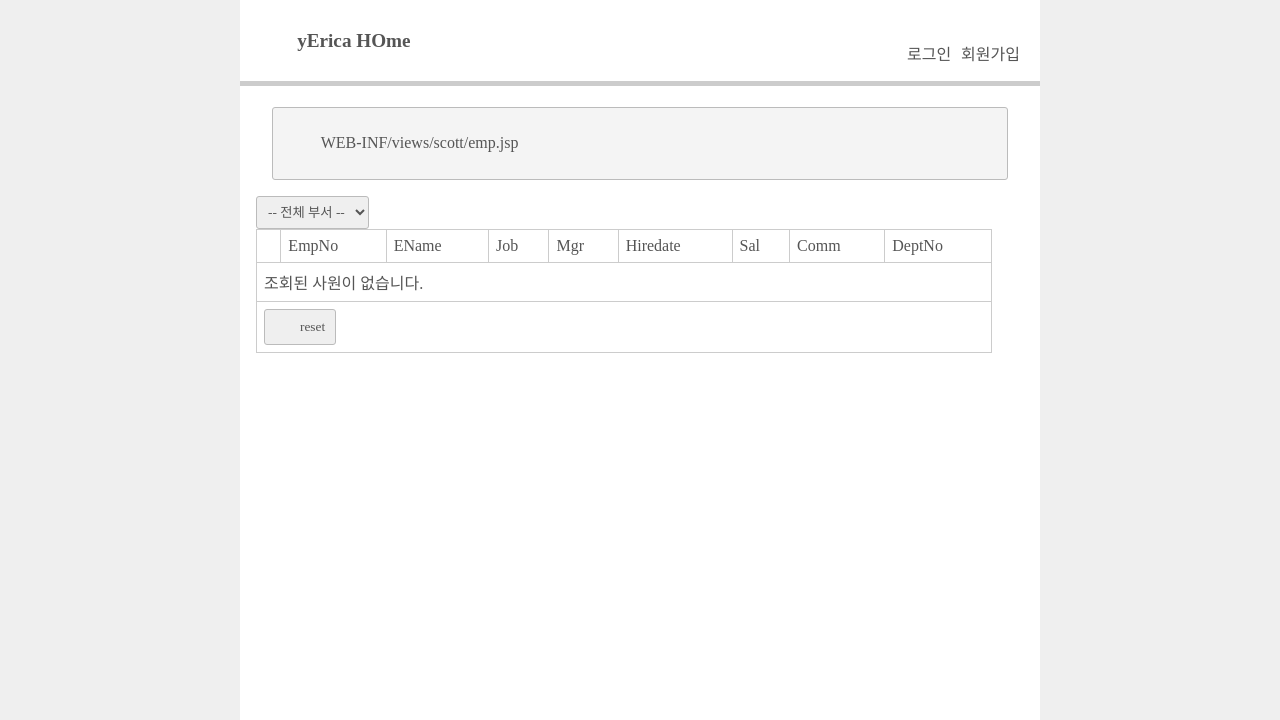
Repository: Yeji-Kim-Erica/SpringClass
Page: http://localhost/SL01_MVC_TEST/WEB-INF/views/scott/empdept.jsp
The author's editor kept a copy of each file at every save. The page is drawn from the files as they stood at one save, then again after the next save.
The browser window is 1280 px wide. The pictures show the whole page.
Some web fonts or font styles are not loaded; a fallback is used. The page is served by Tomcat 9. Nobody is signed in. Other server files are loaded and not shown. The template is opened directly, without the code that normally fills it, so the values that code supplies are empty.

Above is the page before, as saved 2025-07-01 00:44:17.

### SL01_MVC_TEST/src/main/webapp/WEB-INF/views/scott/empdept.jsp
<%@ page contentType="text/html; charset=UTF-8" pageEncoding="UTF-8"%>
<%@ page trimDirectiveWhitespaces="true" %>
<%@ taglib prefix="c" uri="http://java.sun.com/jsp/jstl/core" %>
<!DOCTYPE html>
<html>
<head>
<meta charset="UTF-8">
<meta name="viewport" content="width=device-width, initial-scale=1.0">
<link rel="shortcut icon" type="image/x-icon" href="/images/SiSt.ico">
<title>EMP (2025. 6. 30. 오후 4:09:01)</title>
<link rel="stylesheet" href="/resources/cdn-main/example.css">
<script src="https://ajax.googleapis.com/ajax/libs/jquery/3.7.1/jquery.min.js"></script>
<script src="/resources/cdn-main/example.js"></script>
<style>
 span.material-symbols-outlined{
    vertical-align: text-bottom;
 }
</style>
</head>
<body>
<header>
  <h1 class="main"><a href="#" style="position: absolute;top:30px;">yErica HOme</a></h1>
  <ul>
    <li><a href="#">로그인</a></li>
    <li><a href="#">회원가입</a></li>
  </ul>
</header>
<div>
  <xmp class="code">
        WEB-INF/views/scott/emp.jsp
  </xmp>

  <form action="/scott/empdept" method="get">
  <select id="deptno" name="deptno">
  	<option value="">-- 전체 부서 --</option>
	<c:forEach var="dept" items="${deptList}">
      <option value="${dept.deptno}" <c:if test="${param.deptno == dept.deptno}">selected</c:if>>
      	${dept.dname} (${dept.deptno})
      </option>
    </c:forEach>
  </select>
  </form>

	  <table id="tbl-emp">
	  <caption></caption>
	  	<thead>
	  		<tr>
	  			<td></td>
	  			<td>EmpNo</td>
	  			<td>EName</td>
	  			<td>Job</td>
	  			<td>Mgr</td>
	  			<td>Hiredate</td>
	  			<td>Sal</td>
	  			<td>Comm</td>
	  			<td>DeptNo</td>
	  		</tr>
	  	</thead>
	  	<tbody>
            <c:if test="${empty empList}">
                <tr>
                    <td colspan="9">조회된 사원이 없습니다.</td>
                </tr>
            </c:if>
	  		<c:forEach items="${empList}" var="dto">
	  			<tr>
		  			<td><input type="checkbox" value="${ dto.empno }" name="empno"></td>
		  			<td>${dto.empno}</td>
		  			<td>${dto.ename}</td>
		  			<td>${dto.job}</td>
		  			<td>${dto.mgr}</td>
		  			<td>${dto.hiredate}</td>
		  			<td>${dto.sal}</td>
		  			<td>${dto.comm}</td>
		  			<td>${dto.deptno}</td>
	  			</tr>
	  		</c:forEach>
	  	</tbody>
	  	<tfoot>
	      <tr>
	        <td colspan="9">
	          <button id="reset" class="reset">reset</button>
	        </td>
	      </tr>
	  	</tfoot>
	  </table>

</div>

<script>
	$(function() {
		$("#deptno").on("change", function() {
			$("form").submit();
		})
	}); // document.ready() 닫기

</script>

</body>
</html>

### SL01_MVC_TEST/src/main/webapp/resources/cdn-main/example.css
@charset "UTF-8";

@import url('https://fonts.googleapis.com/css2?family=Material+Symbols+Outlined:opsz,wght,FILL,GRAD@20..48,100..700,0..1,-50..200');

@font-face {
    font-family: 'GmarketSansMedium';
    src: url('https://cdn.jsdelivr.net/gh/projectnoonnu/noonfonts_2001@1.1/GmarketSansMedium.woff') format('woff');
    font-weight: normal;
    font-style: normal;
}

:root {
	--text-color: #555;
	--sub-text-color: #777;
	--back-color: #EFEFEF;
	--header-color: #444;
	--primary-color: #DEDEDE;
	--secondary-color: #EFEFEF;
	--default-width: 800px;
	--narrow-width: 500px;
	--wide-width: 1200px;
	--text-font: 'GmarketSansMedium';
	--icon-font: 'Material Symbols Outlined';
	--border-color: #CCC;
}

html, body {
	margin: 0;
	padding: 0;
}

html {
	background-color: var(--back-color);
	display: flex;
	justify-content: center;
	min-height: 100vh;
}

body, body.default {
	width: var(--default-width);
	background-color: white;
	padding-bottom: 120px;
}

body.wide {
	width: var(--wide-width);
}

body.narrow {
	width: var(--narrow-width);
}



body, p, div, span, a, input, select, option, textarea, button, table, th, td, label, fieldset, legend {
	font-family: var(--text-font);
	color: var(--text-color);
}

h1, h2, h3 {
	font-family: var(--text-font);
	color: var(--header-color);
	padding: 0 1rem;
	padding-top: .5rem;
}

div > h1, div > h2, div > h3 {
	padding: 0;
}

body > div, body > main > div {
	padding: 0.3rem 1rem;
}


h1 { font-size: 2rem; border-bottom: 1px solid var(--border-color); }
h1 small { font-size: 1.2rem; color: var(--sub-text-color); }
h2 { font-size: 1.5rem; border-bottom: 1px dashed var(--border-color); }
h2 small { font-size: 1.1rem; color: --sub-text-color; }
h3 { font-size: 1.2rem; }
h3 small { font-size: 1rem; color: --sub-text-color; }



h1.main::before {
	font-family: var(--icon-font);
  	content: '\e666';
  	margin-right: 10px;
  	float: left;
	font-size: 2.5rem;
}

h1.sub::before {
	font-family: var(--icon-font);
  	content: '\ea19';
  	margin-right: 10px;
  	float: left;
	font-size: 2.5rem;
}


h1.page::before {
	font-family: var(--icon-font);
  	content: '\e0e0';
  	margin-right: 10px;
  	float: left;
	font-size: 2.5rem;
}

body > header > ul > li > .active{
	background-color: #FFF;
	color:#F00;
}

body > header {
	display: flex;
	justify-content: space-between;
	border-bottom: 5px solid var(--border-color);
	min-height: 74px;
	background-color: #FFF;
}

body > header.sticky {
	position: sticky;
	top: 0;
	z-index: 98;
}

body > header > h1 {
	font-size: 1.2rem;
	border: 0;
}

body > header.in > h1::before {
	font-family: var(--icon-font);
  	content: '\e332‥';
  	margin-right: 3px;
  	float: left;
	font-size: 2rem;
}


body > header > ul {
	list-style-type: none;
	display: flex;
	align-items: flex-end;
	margin-right: 10px;
}

body > header > ul > li {
	margin-right: 10px;
	cursor: pointer;
}

body > header > ul > li > a {
	cursor: pointer;
}


form {
	display: block;
}

form > div {
	padding: 0.3rem 1rem;
}

div > form > div {
	padding: 0.3rem 0;
}

input, textarea, button, select {
	border: 1px solid #BBB;
	border-radius: 3px;
	outline: none;
	resize: none;
	padding: 7px;
	margin: 0;
}

input[type=text]:read-only, textarea:read-only {
	cursor: not-allowed;
	background-color: #FFF;
}

input[type=text]:disabled, textarea:disabled {
	cursor: not-allowed;
	background-color: #EEE;
}

input[type=text], input[type=password], textarea, button, select {
	/* width: 300px; */
}

textarea {
	display: block;
	height: 100px;
}

input[type=button], input[type=submit], button {
	/* width: inherit; */
}

input.short, textarea.short, button.short, select.short {
	width: 100px;
}

input.long, textarea.long, button.long, select.long {
	width: 350px;
}

.narrow input.long, .narrow textarea.long, .narrow button.long, .narrow select.long {
	width: calc(100% - 20px);
}

input.full, textarea.full, button.full, select.full {
	width: calc(100% - 20px);
}

textarea.short {
	height: 50px;
}

textarea.long {
	height: 100px;
}

textarea.full {
	height: 200px;
}

input, textarea {
	padding-top: 8px;
}

input[type=button], input[type=submit], button {
	padding: 5px 10px;
	background-color: var(--secondary-color);
	cursor: pointer;
	min-height: 36px;
}

input[type=button].primary, input[type=submit].primary, button.primary {
	/* background-color: rgba(100, 149, 237, .2); */
	background-color: var(--primary-color);
}

input[type=button].primary:hover, input[type=submit].primary:hover, button.primary:hover {
	/* background-color: rgba(100, 149, 237, .3); */
	background-color: var(--secondary-color);
}

input[type=button]:hover, input[type=submit]:hover, button:hover {
	background-color: var(--primary-color);
}

button {
	position: relative;
	left: 0;
	top: 0;
	padding-left: 35px;
}

button .material-symbols-outlined {
	position: absolute;
	left: 10px;
	top: 4px;
}

/* k2nik add */
button.login::before {
	font-family: var(--icon-font);
  	content: '\ea77';
	position: absolute;
	left: 11px;
	top: 4px;
	font-size: 1.25rem;
}

/* k2nik logout */
button.logout::before {
	font-family: var(--icon-font);
  	content: '\e9ba';
	position: absolute;
	left: 11px;
	top: 4px;
	font-size: 1.25rem;
}

/* k2nik help */
button.help::before {
	font-family: var(--icon-font);
  	content: '\f1c0';
	position: absolute;
	left: 11px;
	top: 4px;
	font-size: 1.25rem;
}

button.add::before{
	font-family: var(--icon-font);
  	content: '\e746';
	position: absolute;
	left: 11px;
	top: 4px;
	font-size: 1.25rem;
}

button.back::before {
	font-family: var(--icon-font);
  	content: '\e166';
	position: absolute;
	left: 11px;
	top: 4px;
	font-size: 1.25rem;
}

button.list::before {
	font-family: var(--icon-font);
  	content: '\e0ee';
	position: absolute;
	left: 11px;
	top: 4px;
	font-size: 1.25rem;
}


button.del::before {
	font-family: var(--icon-font);
  	content: '\e872';
	position: absolute;
	left: 11px;
	top: 4px;
	font-size: 1.25rem;
}

button.alldel::before {
	font-family: var(--icon-font);
  	content: '\e92b';
	position: absolute;
	left: 11px;
	top: 4px;
	font-size: 1.25rem;
}


button.edit::before {
	font-family: var(--icon-font);
  	content: '\e745';
	position: absolute;
	left: 11px;
	top: 4px;
	font-size: 1.25rem;
}


button.login::before {
	font-family: var(--icon-font);
  	content: '\ea77';
	position: absolute;
	left: 11px;
	top: 4px;
	font-size: 1.25rem;
}


button.logout::before {
	font-family: var(--icon-font);
  	content: '\e9ba';
	position: absolute;
	left: 11px;
	top: 4px;
	font-size: 1.25rem;
}


button.in::before {
	font-family: var(--icon-font);
  	content: '\f71a';
	position: absolute;
	left: 11px;
	top: 4px;
	font-size: 1.25rem;
}


button.out::before {
	font-family: var(--icon-font);
  	content: '\f70e';
	position: absolute;
	left: 11px;
	top: 4px;
	font-size: 1.25rem;
}


button.reply::before {
	font-family: var(--icon-font);
  	content: '\e15e';
	position: absolute;
	left: 11px;
	top: 4px;
	font-size: 1.25rem;
}


button.comment::before {
	font-family: var(--icon-font);
  	content: '\e0b9';
	position: absolute;
	left: 11px;
	top: 4px;
	font-size: 1.25rem;
}


button.modal::before {
	font-family: var(--icon-font);
  	content: '\e89e';
	position: absolute;
	left: 11px;
	top: 4px;
	font-size: 1.25rem;
}


button.ok::before {
	font-family: var(--icon-font);
  	content: '\e86c';
	position: absolute;
	left: 11px;
	top: 4px;
	font-size: 1.25rem;
}


button.cancel::before {
	font-family: var(--icon-font);
  	content: '\e5c9';
	position: absolute;
	left: 11px;
	top: 4px;
	font-size: 1.25rem;
}

button.search::before {
	font-family: var(--icon-font);
  	content: '\e8b6';
	position: absolute;
	left: 11px;
	top: 4px;
	font-size: 1.25rem;
}

button.home::before {
	font-family: var(--icon-font);
  	content: '\e88a';
	position: absolute;
	left: 11px;
	top: 4px;
	font-size: 1.25rem;
}


button.sidebar::before {
	font-family: var(--icon-font);
  	content: '\f7e4';
	position: absolute;
	left: 11px;
	top: 4px;
	font-size: 1.25rem;
}


button.sidebar-right::before {
	font-family: var(--icon-font);
  	content: '\f7e5';
	position: absolute;
	left: 11px;
	top: 4px;
	font-size: 1.25rem;
}




button::before {
	font-family: var(--icon-font);
  	content: '\e323';
	position: absolute;
	left: 11px;
	top: 4px;
	font-size: 1.25rem;
}


table {
	border-collapse: collapse;
	margin: 1rem;
	box-sizing: border-box;
	width: calc(100% - 32px);
}

table.content {
	width: auto;
}

div > table {
	margin: 0;
}

table th, table td {
	border: 1px solid var(--border-color);
	padding: 7px;
	font-weight: normal;
}

table th {
	background-color: var(--back-color);
}

table.vertical th {
	width: 150px;
}

table.vertical td {
	width: calc(100% - 182px);
	padding-left: 10px;
}

table.content td, table.content th {
	width: auto;
}

body.narrow table.vertical th {
	width: 100px;
}

body.narrow table.vertical td {
	width: calc(100% - 182px);
}


table + table {
	margin-top: 30px;
}


p {
	padding: 0 1rem;
}

a {
	text-decoration: none;
}

a:hover {
	color: rgba(255, 99, 71, .7);
}

hr {
	border: 0;
	border-top: 1px solid var(--border-color);
	margin: 2rem 0;
}

.message {
	border: 1px solid var(--border-color);
	background-color: #EFEFEF;
	margin: 1rem;
	width: auto;
	padding-top: 10px;
	padding-bottom: 10px;
	font-size: 14px;
}

.message[title]::before {
	content: attr(title);
	display: block;
	border-bottom: 1px solid var(--border-color);
	padding-bottom: 5px;
	margin-bottom: 10px;
	margin-top: 7px;
}

.message.short {
	max-width: 250px;
}

.message.long {
	max-width: 500px;
}

.badge {
	float: right;
	font-size: .8rem;
	margin-top: 2px;
	margin-right: 2px;
	text-shadow: 0 0 7px gray;
}

.badge.left {
	float: none;
	margin-left: 2px;
}

.badge.right {
	float: right;
}

.badge.red {
	border-radius: 50%;
	padding: 2px 5px;
	background-color: rgb(255, 99, 71, .3);
}

.badge.yellow {

	border-radius: 50%;
	padding: 2px 5px;
	background-color: rgb(255, 215, 0, .5);
}

.badge.blue {
	border-radius: 50%;
	padding: 2px 5px;
	background-color: rgb(100, 149, 237, .3);
}

label + label {
	margin-left: 7px;
}

label input[type=checkbox], label input[type=radio] {
	transform: translate(0, 1px);
}

.group {
	display: flex;
}

.modal-content .group {
	margin-bottom: .5rem;
}

.group label {
	border: 1px solid #BBB;
	border-radius: 3px;
	outline: none;
	resize: none;
	padding: 7px 14px;
	margin: 0;
	border-top-right-radius: 0;
	border-bottom-right-radius: 0;
	background-color: #EFEFEF;
	white-space: nowrap;
	font-size: 14px;
}

.group input[type=text] {
	margin-left: -1px;
	border-top-left-radius: 0;
	border-bottom-left-radius: 0;
}

.group select {
	margin-left: -1px;
	border-top-left-radius: 0;
	border-bottom-left-radius: 0;
}

.group input.full[type=text] {
	margin-left: -1px;
	border-top-left-radius: 0;
	border-bottom-left-radius: 0;
	width: 100%;
}

.group input[type=button]:first-child, .group button:first-child {
	border-top-left-radius: 3px;
	border-bottom-left-radius: 3px;
	margin-left: 0px;
}

.group input[type=button], .group button {
	border-radius: 0;
	margin-left: -1px;
}

.group input[type=button]:last-child, .group button:last-child {
	margin-left: -1px;
	border-top-right-radius: 3px;
	border-bottom-right-radius: 3px;
}

.seperate {
	display: flex;
	justify-content: space-between;
}

div.list {
	width: max-content;
	margin: 1rem;
	border: 1px solid #BBB;
	border-radius: 3px;
	padding: 0;
}

div.list.full {
	width: auto;
	display: block;
	margin: 1rem;
	border: 1px solid #BBB;
	border-radius: 3px;
	padding: 0;
}

div.list > div {
	padding: .5rem 1rem;
	margin: 0;
	border-bottom: 1px solid #BBB;
}

div.list > div:last-child {
	border-bottom: 0;
}

pre.code , xmp.code{
	font-family: consols;
	background-color: rgba(150, 150, 150, .1);
	border: 1px solid #BBB;
	border-radius: 3px;
	padding: .5rem 1rem;
	padding-bottom: .6rem;
	margin: 1rem;
}




*[data-modal-window] {
	position: fixed;
	background-color: rgba(0, 0, 0, .3);
	left: 0;
	top: 0;
	display: none;
	justify-content: center;
	align-items: flex-start;
	width: 100%;
	min-height: 100vh;
	z-index: 100;
	opacity: 0;
	transition: 500ms all;
}

*[data-modal-window] .modal-container {
	border-radius: 5px;
	padding: 1rem;
	padding-bottom: .5rem;
	margin-top: -500px;
	opacity: 0;
	width: 500px;
	background-color: #FFF;
	margin-right: 2rem;
	transition: 500ms all;
}

*[data-modal-size=content] .modal-container {
	width: auto;
}

*[data-modal-size=narrow] .modal-container {
	width: 300px;
}

*[data-modal-size=wide] .modal-container {
	width: 760px;
}


*[data-modal-window] .modal-header {
	border-bottom: 1px solid var(--border-color);
	padding: 2px 5px;
}

*[data-modal-window] .modal-content {
	padding: 1rem 5px;
}

*[data-modal-window] .modal-content div:last-child {
	margin-top: 1rem;
	text-align: right;
}



*[data-sidebar-window] {
	position: fixed;
	background-color: #FFF;
	left: 0;
	top: 0;
	display: block;
	width: 300px;
	border-right: 1px solid var(--border-color);
	box-sizing: border-box;
	box-shadow: 0 0 3px var(--back-color);
	min-height: 100vh;
	z-index: 99;
	transform: translate(-300px, 0);
	transition-duration: 500ms;
	transition-property: transform;
}

*[data-sidebar-direction=right] {
	left: auto;
	right: 0;
	transform: translate(300px, 0);
	border-left: 1px solid var(--border-color);
}

*[data-sidebar-size=wide] {
	width: 500px;
	transform: translate(-500px, 0);
}

*[data-sidebar-window] .sidebar-title {
	border-bottom: 1px solid var(--border-color);
	margin-top: 20px;
	margin-bottom: 20px;
	padding-bottom: 5px;
	display: flex;
	justify-content: space-between;
}

*[data-sidebar-window] .sidebar-title span:last-child {
	cursor: pointer;
}


/* K2Nik pagination */
.center {
  text-align: center;
}

.pagination {
  display: inline-block;
}

.pagination a {
  color: black;
  float: left;
  padding: 3px 6px;
  text-decoration: none;
  transition: background-color .3s;
  border: 1px solid #ddd;
  margin: 0 3px;
}

.pagination a.active {
  background-color: #4CAF50;
  color: white;
  border: 1px solid #4CAF50;
}

.pagination a:hover:not(.active) {background-color: #ddd;}

### SL01_MVC_TEST/src/main/webapp/resources/cdn-main/example.js

window.onload = () => {

    const list = document.querySelectorAll('input, textarea');

    list.forEach(item => {
        item.setAttribute('autocomplete', 'off');
    });


    const modal_btn_list = document.querySelectorAll('*[data-modal-button]');

    modal_btn_list.forEach(item => {
        item.onclick = function() {

            const name = this.dataset['modalButton'];
            const modal_window = document.querySelector('*[data-modal-window=' + name);

            const container = document.createElement('div');
            container.className = 'modal-container';



            const modal_header = document.createElement('div');
            modal_header.textContent = modal_window.dataset['modalTitle'];
            modal_header.className = 'modal-header';
            container.appendChild(modal_header);

            const modal_content = document.createElement('div');
            modal_content.className = 'modal-content';
            container.appendChild(modal_content);

            Array.from(modal_window.childNodes).forEach(item => {
                modal_content.appendChild(item);
            });

            modal_window.appendChild(container);

            modal_window.style.display = 'flex';

            setTimeout(() => {
                modal_window.style.opacity = 1;
                container.style.marginTop = '20px';
                container.style.opacity = 1;
            }, 50);


            const modal_ok = document.querySelector('*[data-modal-ok=' + name);
            modal_ok.addEventListener('click', function() {
                modal_window.style.opacity = 0;
                container.style.marginTop = '-500px';
                container.style.opacity = 0;

                setTimeout(() => {
                    modal_window.innerHTML = modal_content.innerHTML;
                    modal_window.style.display = 'none';
                }, 500);

            });

            const modal_cancel = document.querySelector('*[data-modal-cancel=' + name);
            modal_cancel.addEventListener('click', function() {

                modal_window.style.opacity = 0;
                container.style.marginTop = '-500px';
                container.style.opacity = 0;

                setTimeout(() => {
                    modal_window.innerHTML = modal_content.innerHTML;
                    modal_window.style.display = 'none';
                }, 500);
            });


        };
    });


    const sidebar_btn_list = document.querySelectorAll('*[data-sidebar-button]');

    sidebar_btn_list.forEach(item => {
        item.onclick = function() {



            const name = this.dataset['sidebarButton'];
            const sidebar_window = document.querySelector('*[data-sidebar-window=' + name);

            if (sidebar_window.style.transform == 'translate(0px, 0px)') return;



            sidebar_window.style.transform = 'translate(0, 0)';

            const sidebar_title = document.createElement('div');
            sidebar_title.className = 'sidebar-title';
            sidebar_title.innerHTML = '<span>' + sidebar_window.dataset['sidebarTitle'] + '</span><span class="material-symbols-outlined">close</span>';

            sidebar_title.children[1].onclick = function() {

                let sign = 1;
                let distance = 300;

                if (sidebar_window.dataset['sidebarDirection'] != 'right') {
                    sign = -1;
                } else {
                    sign = 1;
                }

                if (sidebar_window.dataset['sidebarSize'] != 'wide') {
                    distance = 300;
                } else {
                    distance = 500;
                }

                distance *= sign;

                sidebar_window.style.transform = 'translate(' + distance + 'px, 0)';

                setTimeout(function() {
                    sidebar_window.removeChild(sidebar_window.children[0]);
                }, 500);
            };


            sidebar_window.prepend(sidebar_title);

        }
    });

};

// window.onkeydown = function(event) {

//     if (event.keyCode == 27) {
//         if (document.querySelector('[data-modal-window').style.display == 'flex') {
//             document.querySelector('[data-modal-window').style.display = 'none';
//         }
//     }

// };

After the next save:
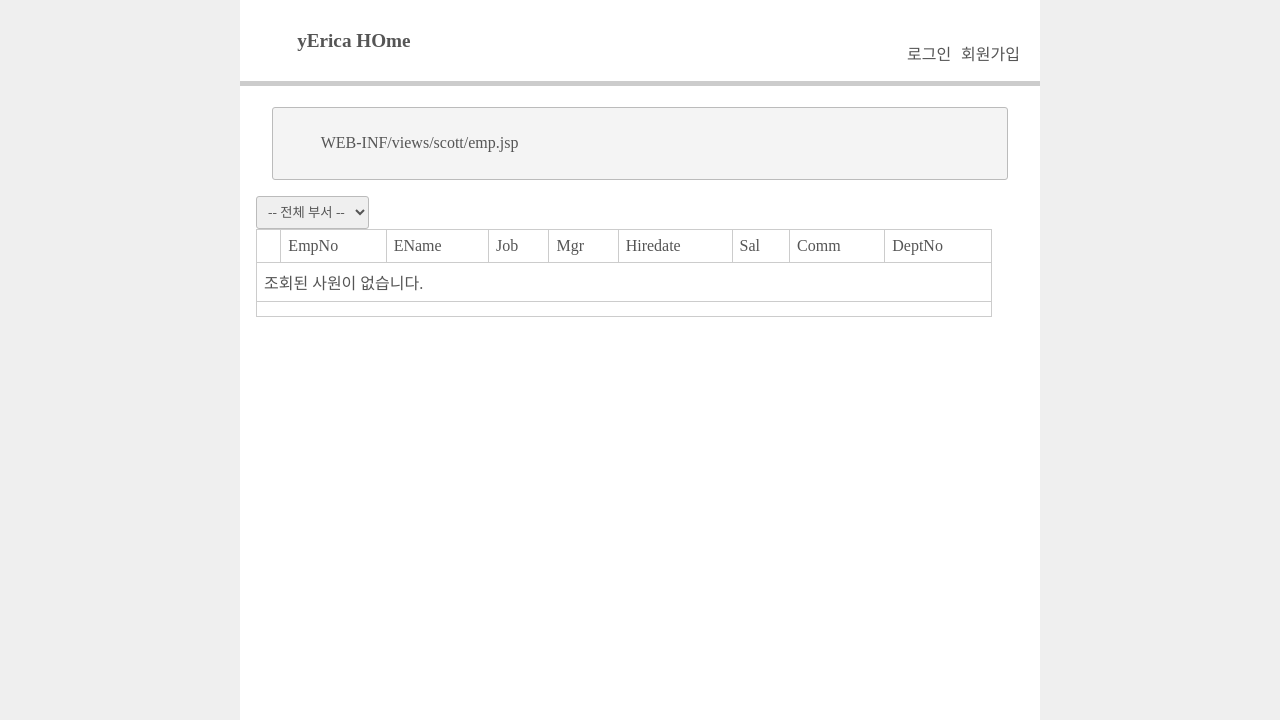
Saved 7 s later.
--- a/SL01_MVC_TEST/src/main/webapp/WEB-INF/views/scott/empdept.jsp
+++ b/SL01_MVC_TEST/src/main/webapp/WEB-INF/views/scott/empdept.jsp
@@ -79,7 +79,7 @@
 	  	<tfoot>
 	      <tr>
 	        <td colspan="9">
-	          <button id="reset" class="reset">reset</button>
+	          <!-- <button id="reset" class="reset">reset</button> -->
 	        </td>
 	      </tr>
 	  	</tfoot>

After the 5 saves that followed:
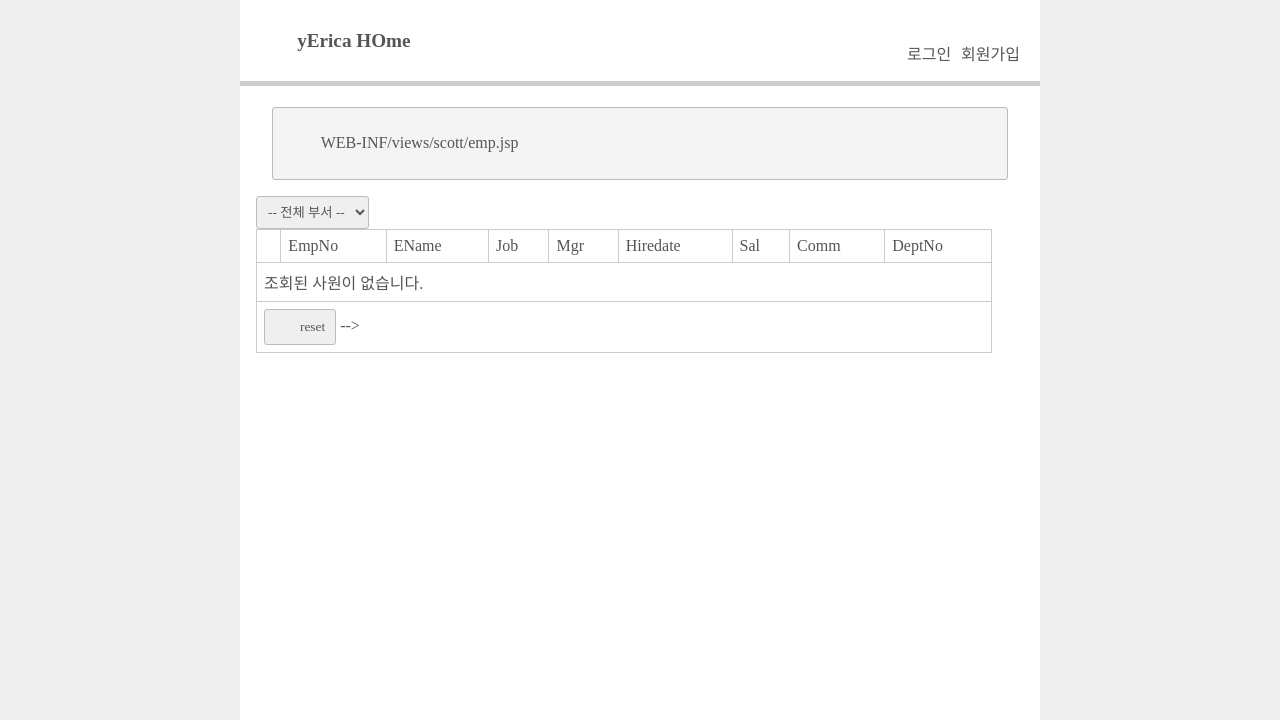
The 5 saves are shown as one change because 4 left the picture as it was.
The last was saved 13 min 49 s later.
--- a/SL01_MVC_TEST/src/main/webapp/WEB-INF/views/scott/empdept.jsp
+++ b/SL01_MVC_TEST/src/main/webapp/WEB-INF/views/scott/empdept.jsp
@@ -79,7 +79,7 @@
 	  	<tfoot>
 	      <tr>
 	        <td colspan="9">
-	          <!-- <button id="reset" class="reset">reset</button> -->
+	          <button id="reset" class="reset">reset</button> -->
 	        </td>
 	      </tr>
 	  	</tfoot>
